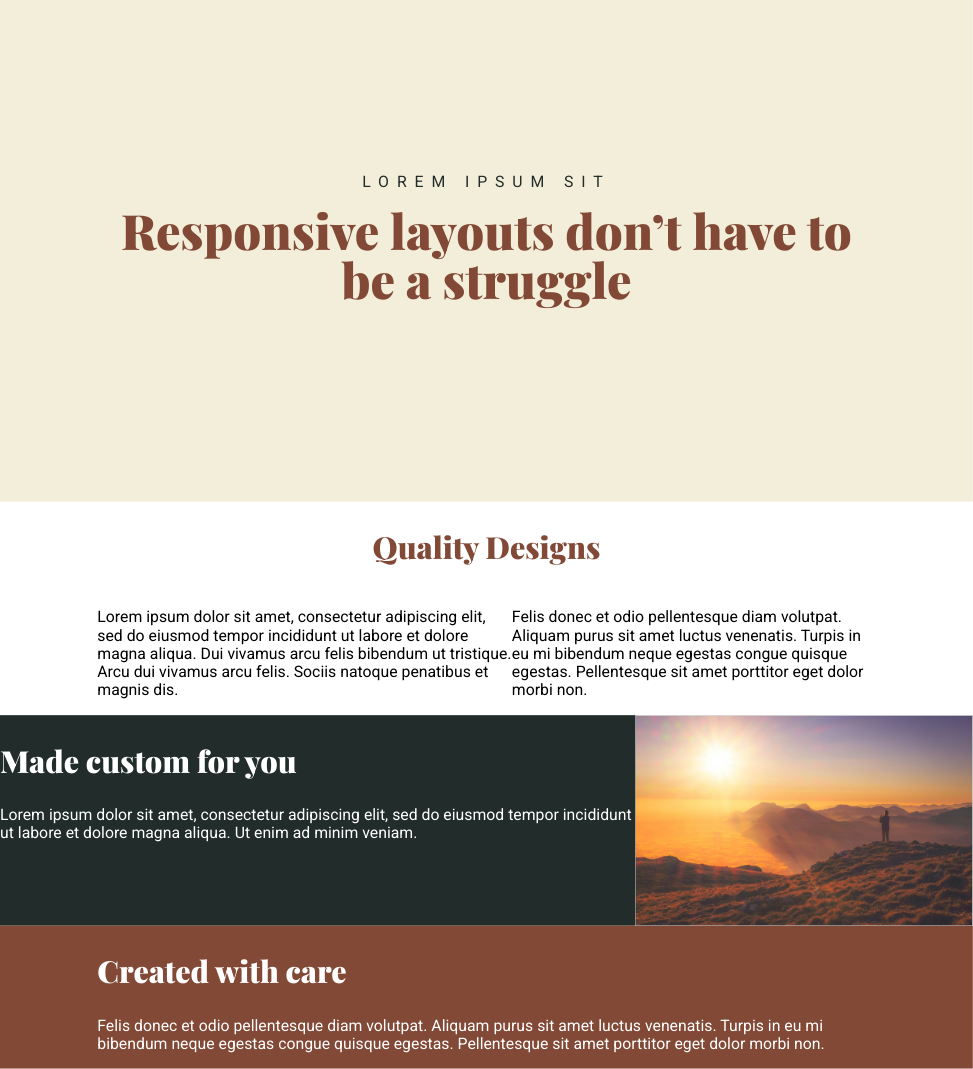
Repository: GregG21/Kevin-Powell-21-day-challange
Page: Day 12/index.html
The author's editor kept a copy of each file at every save. The page is drawn from the files as they stood at one save, then again after the next save.
The browser window is 1280 px wide. The pictures show the whole page, at 76% of full size.
The style sheet was rebuilt from its Sass, Less or Tailwind sources for each picture, by a compiler version that may differ from the author's.

Above is the page before, as saved 2020-09-11 20:42:21.

### Day 12/index.html
<!DOCTYPE html>
<html lang="en">
  <head>
    <meta charset="UTF-8" />
    <meta name="viewport" content="width=device-width, initial-scale=1.0" />
    <title>Responsive layout</title>
    <link
      href="https://fonts.googleapis.com/css2?family=Playfair+Display:wght@900&family=Roboto:wght@300;400&display=swap"
      rel="stylesheet"
    />
    <link rel="stylesheet" href="/css/style.css" />
  </head>
  <body>
    <section class="hero">
      <div class="container display-flex">
        <div class="hero__text">
          <p>lorem ipsum sit</p>
          <h1>Responsive layouts don’t have to be a struggle</h1>
        </div>
      </div>
    </section>

    <main>
      <section class="container section__one">
        <h2 class="section__title display-flex">Quality Designs</h2>
        <div class="display-flex">
            <p>
        Lorem ipsum dolor sit amet, consectetur adipiscing elit, sed do
        eiusmod tempor incididunt ut labore et dolore magna aliqua. Dui
        vivamus arcu felis bibendum ut tristique. Arcu dui vivamus arcu felis.
        Sociis natoque penatibus et magnis dis.
        </p>
        <p>
        Felis donec et odio pellentesque diam volutpat. Aliquam purus sit amet
        luctus venenatis. Turpis in eu mi bibendum neque egestas congue
        quisque egestas. Pellentesque sit amet porttitor eget dolor morbi non.
        </p>
    </div>
      </section>

      <section class="section__two display-flex">

        <div class="container">
            <div class="section__two--text"><h2>Made custom for you</h2>
            <p>
            Lorem ipsum dolor sit amet, consectetur adipiscing elit, sed do
            eiusmod tempor incididunt ut labore et dolore magna aliqua. Ut enim ad
            minim veniam.
            </p></div>
    </div>
    <img src="/image-01.jpg" alt="sunset">

      </section>

      <section class="section__three display-flex">
        <div class="container">
        <h2>Created with care</h2>
        <p>
        Felis donec et odio pellentesque diam volutpat. Aliquam purus sit amet
        luctus venenatis. Turpis in eu mi bibendum neque egestas congue
        quisque egestas. Pellentesque sit amet porttitor eget dolor morbi non.
        </p>
    </div>
      </section>


    </main>
  </body>
</html>

### Day 12/style.scss
// font-family: 'Playfair Display', serif;

// font-family: 'Roboto', sans-serif;
$brown-color: #824936;
$black-color: #222C2A;
$baige-color: #F3EED9;


*, *::before, *::after {
    box-sizing: border-box;
}

body {
    margin: 0;
    padding: 0;
    font-family: 'Roboto', sans-serif;
}
img {
    max-width: 100%;
}

h1 {
    font-size: 4rem;
    font-family: 'Playfair Display', serif;
    font-weight: 900;
}
h2 {
    font-size: 2.5rem;
    font-family: 'Playfair Display', serif;
    font-weight: 900;
}
p {
    font-size: 1.3rem;
    font-family: 'Roboto', sans-serif;
    font-weight: 400;
}





.container {
    width: 80%;
    max-width: 1128px;
    margin: 0 auto;
}

.display-flex {
    display: flex;
}

.hero {
    background-color: $baige-color;
    color: $brown-color;
    display: flex;
    justify-content: center;
    align-items: center;
    min-height: 660px;

}
.hero__text {
    display: flex;
    flex-direction: column;
    text-align: center;
    line-height: 1;

    h1 {
        margin-top: 0;
    }
    p {
        text-transform: uppercase;
        letter-spacing: .5em;
        color: $black-color;
    }
}

.section__title {
    color: $brown-color;
    justify-content: center;
}
.section__one {

}
.section__two {
    background-color: $black-color;
    color: white;
}
.section__three {
    background-color: $brown-color;
    color: white;

}

After the next save:
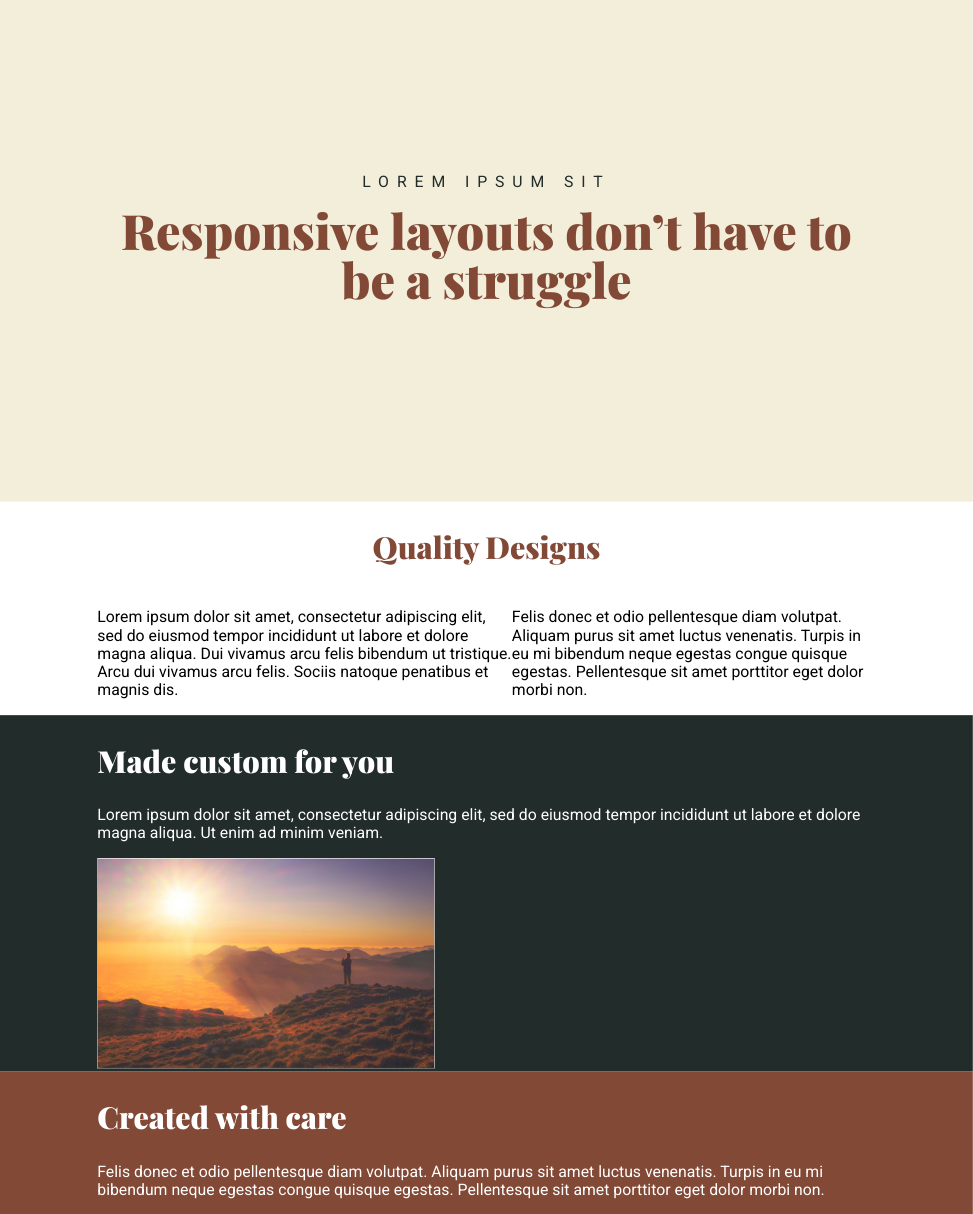
Saved 18 s later.
--- a/Day 12/index.html
+++ b/Day 12/index.html
@@ -24,46 +24,47 @@
       <section class="container section__one">
         <h2 class="section__title display-flex">Quality Designs</h2>
         <div class="display-flex">
-            <p>
-        Lorem ipsum dolor sit amet, consectetur adipiscing elit, sed do
-        eiusmod tempor incididunt ut labore et dolore magna aliqua. Dui
-        vivamus arcu felis bibendum ut tristique. Arcu dui vivamus arcu felis.
-        Sociis natoque penatibus et magnis dis.
-        </p>
-        <p>
-        Felis donec et odio pellentesque diam volutpat. Aliquam purus sit amet
-        luctus venenatis. Turpis in eu mi bibendum neque egestas congue
-        quisque egestas. Pellentesque sit amet porttitor eget dolor morbi non.
-        </p>
-    </div>
+          <p>
+            Lorem ipsum dolor sit amet, consectetur adipiscing elit, sed do
+            eiusmod tempor incididunt ut labore et dolore magna aliqua. Dui
+            vivamus arcu felis bibendum ut tristique. Arcu dui vivamus arcu
+            felis. Sociis natoque penatibus et magnis dis.
+          </p>
+          <p>
+            Felis donec et odio pellentesque diam volutpat. Aliquam purus sit
+            amet luctus venenatis. Turpis in eu mi bibendum neque egestas congue
+            quisque egestas. Pellentesque sit amet porttitor eget dolor morbi
+            non.
+          </p>
+        </div>
       </section>
 
       <section class="section__two display-flex">
+        <div class="container">
+          <div class="section__two--text">
+            <h2>Made custom for you</h2>
+            <p>
+              Lorem ipsum dolor sit amet, consectetur adipiscing elit, sed do
+              eiusmod tempor incididunt ut labore et dolore magna aliqua. Ut
+              enim ad minim veniam.
+            </p>
+          </div>
+        <img src="/image-01.jpg" alt="sunset" />
 
-        <div class="container">
-            <div class="section__two--text"><h2>Made custom for you</h2>
-            <p>
-            Lorem ipsum dolor sit amet, consectetur adipiscing elit, sed do
-            eiusmod tempor incididunt ut labore et dolore magna aliqua. Ut enim ad
-            minim veniam.
-            </p></div>
-    </div>
-    <img src="/image-01.jpg" alt="sunset">
-
+        </div>
       </section>
 
       <section class="section__three display-flex">
         <div class="container">
-        <h2>Created with care</h2>
-        <p>
-        Felis donec et odio pellentesque diam volutpat. Aliquam purus sit amet
-        luctus venenatis. Turpis in eu mi bibendum neque egestas congue
-        quisque egestas. Pellentesque sit amet porttitor eget dolor morbi non.
-        </p>
-    </div>
+          <h2>Created with care</h2>
+          <p>
+            Felis donec et odio pellentesque diam volutpat. Aliquam purus sit
+            amet luctus venenatis. Turpis in eu mi bibendum neque egestas congue
+            quisque egestas. Pellentesque sit amet porttitor eget dolor morbi
+            non.
+          </p>
+        </div>
       </section>
-
-
     </main>
   </body>
 </html>
